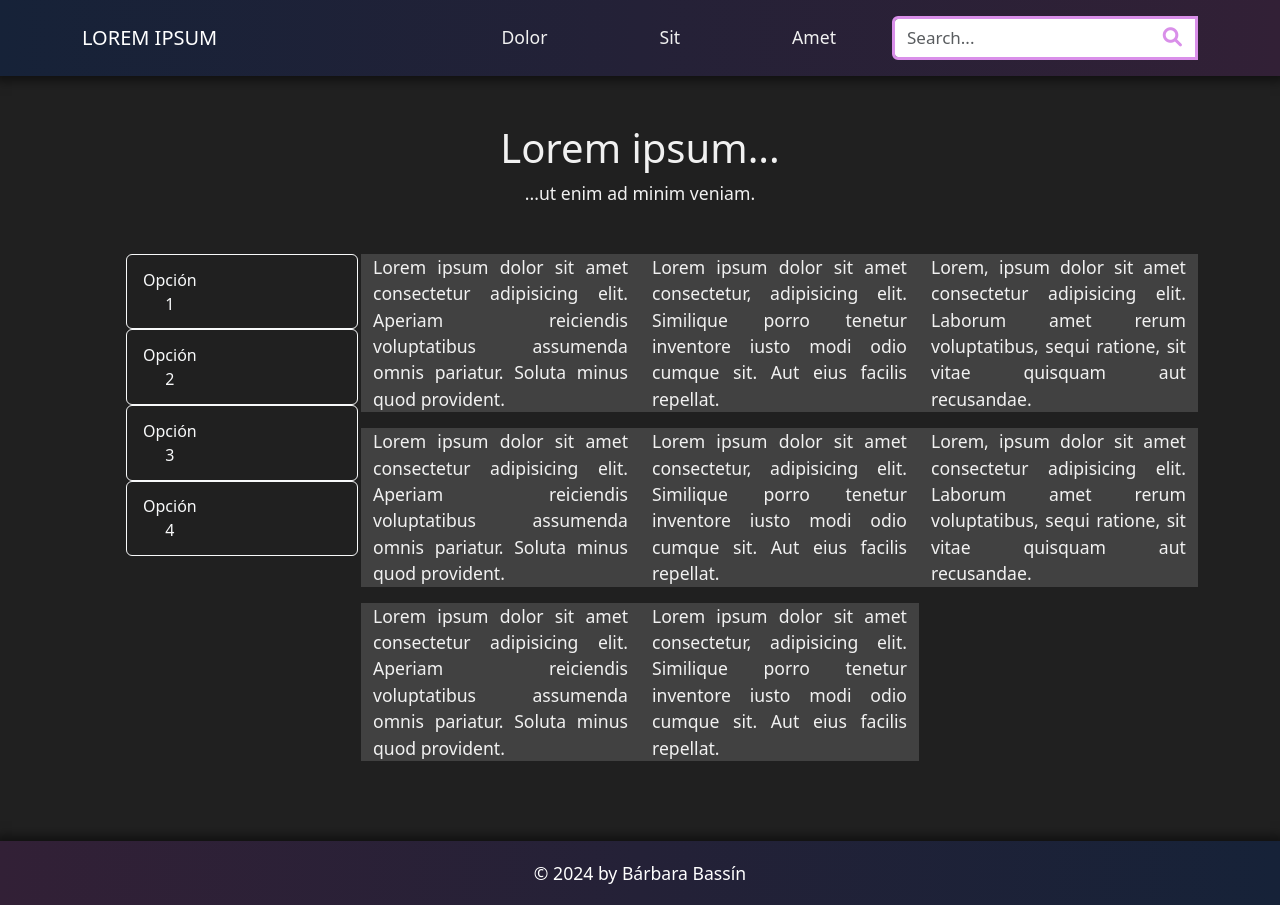
Repository: romancegirl/responsiveness
Page: index.html
These files come from the project's save history. The page is drawn as it stood at one moment and after the next save; the edit follows.
The browser window is 1280 px wide. The pictures show the whole page.

Above is the page before, as saved 2024-11-29 20:51:57.

### index.html
<!DOCTYPE html>
<html lang="en">

<head>
    <meta charset="UTF-8">
    <meta name="viewport" content="width=device-width, initial-scale=1.0">
    <title>Responsiveness - Bárbara Bassín</title>
    <link href="https://cdn.jsdelivr.net/npm/bootstrap@5.3.0/dist/css/bootstrap.min.css" rel="stylesheet">
    <link rel="stylesheet" href="https://cdnjs.cloudflare.com/ajax/libs/font-awesome/6.0.0-beta3/css/all.min.css">
    <link rel="stylesheet" href="css/header-and-footer.css">
    <link rel="stylesheet" href="css/styles.css">
</head>

<body>
    <!-- Header -->
    <header class="py-2">
        <div class="container d-flex align-items-center justify-content-between" id="profile">
            <h5 class="m-0">LOREM IPSUM</h5>
            <nav class="navbar navbar-expand-lg">
                <button class="navbar-toggler" type="button" data-bs-toggle="collapse" data-bs-target="#navbarNav"
                    aria-controls="navbarNav" aria-expanded="false" aria-label="Toggle navigation">
                    <i class="fas fa-bars"></i>
                </button>
                <div class="collapse navbar-collapse" id="navbarNav">
                    <ul class="navbar-nav">
                        <li class="nav-item"><a class="nav-link">Dolor</a></li>
                        <li class="nav-item"><a class="nav-link">Sit</a></li>
                        <li class="nav-item"><a class="nav-link">Amet</a></li>
                        <li>
                            <div class="search-container">
                                <form action="/action_page.php">
                                    <div class="input-group">
                                        <input type="text" class="form-control" placeholder="Search..." name="search">
                                        <button type="submit" class="btn">
                                            <i class="fa fa-search"></i>
                                        </button>
                                    </div>
                                </form>
                            </div>
                        </li>
                    </ul>

                </div>
            </nav>
        </div>
    </header>



    <!-- Main -->
    <main class="container my-5">
        <div>
            <h1>Lorem ipsum...</h1>
            <div id="textCarousel" class="carousel slide" data-bs-ride="carousel" data-bs-interval="2000">
                <div class="carousel-inner">
                    <div class="carousel-item active">
                        <p>...olor sit amet, consectetur adipiscing elit...</p>
                    </div>
                    <div class="carousel-item">
                        <p>...sed do eiusmod tempor incididunt ut labore...</p>
                    </div>
                    <div class="carousel-item">
                        <p>...ut enim ad minim veniam.</p>
                    </div>
                </div>
            </div>
        </div>



        <div class="container inside">
            <div class="row">
                <div class="col-3">
                    <ul>
                        <li><button type="button" class="btn btn-outline-light">Opción 1</button></li>
                        <li><button type="button" class="btn btn-outline-light">Opción 2</button></li>
                        <li><button type="button" class="btn btn-outline-light">Opción 3</button></li>
                        <li><button type="button" class="btn btn-outline-light">Opción 4</button></li>
                    </ul>
                </div>
                <div class="col-9">
                    <div class="row">
                        <div class="col-6 col-md-4 paragraph">
                            <div></div>Lorem ipsum dolor sit amet consectetur adipisicing elit.
                            Aperiam
                            reiciendis
                            voluptatibus assumenda omnis pariatur. Soluta minus quod provident.
                        </div>
                        <div class="col-6 col-md-4 paragraph">Lorem ipsum dolor sit amet consectetur, adipisicing elit.
                            Similique porro
                            tenetur inventore iusto modi odio cumque sit. Aut eius facilis repellat.</div>
                        <div class="col-6 col-md-4 paragraph">Lorem, ipsum dolor sit amet consectetur adipisicing elit.
                            Laborum
                            amet rerum
                            voluptatibus, sequi ratione, sit vitae quisquam aut recusandae.</div>
                        <div class="col-6 col-md-4 paragraph">Lorem ipsum dolor sit amet consectetur adipisicing elit.
                            Aperiam
                            reiciendis
                            voluptatibus assumenda omnis pariatur. Soluta minus quod provident.</div>
                        <div class="col-6 col-md-4 paragraph">Lorem ipsum dolor sit amet consectetur, adipisicing elit.
                            Similique porro
                            tenetur inventore iusto modi odio cumque sit. Aut eius facilis repellat.</div>
                        <div class="col-6 col-md-4 paragraph">Lorem, ipsum dolor sit amet consectetur adipisicing elit.
                            Laborum
                            amet rerum
                            voluptatibus, sequi ratione, sit vitae quisquam aut recusandae.</div>
                        <div class="col-6 col-md-4 paragraph">Lorem ipsum dolor sit amet consectetur adipisicing elit.
                            Aperiam
                            reiciendis
                            voluptatibus assumenda omnis pariatur. Soluta minus quod provident.</div>
                        <div class="col-6 col-md-4 paragraph">Lorem ipsum dolor sit amet consectetur, adipisicing elit.
                            Similique porro
                            tenetur inventore iusto modi odio cumque sit. Aut eius facilis repellat.</div>
                    </div>
                </div>

            </div>


        </div>



    </main>

    <!-- Footer -->
    <footer class="bg-dark text-center py-2">
        <div>&copy; 2024 by Bárbara Bassín</div>
    </footer>
    <script src="js/script.js"></script>
    <script src="https://cdn.jsdelivr.net/npm/bootstrap@5.3.0/dist/js/bootstrap.bundle.min.js"></script>
</body>

</html>

### css/header-and-footer.css
header {
    background: linear-gradient(to right, #162238, #322036);
    color: #fff;
    position: relative;
    box-shadow: 0 0 10px 5px rgba(0, 0, 0, 0.5);
}

main {
    min-height: 70vh;
    padding-bottom: 1rem;
    box-sizing: border-box;
}

a.nav-link {
    color: #f1f1f1;
}

a.nav-link:hover {
    color: #f6c7de;
    transition: color 0.3s, text-shadow 0.3s;
    transform: scale(1.05);
}

.search-container {
    display: flex;
    justify-content: center;
    align-items: center;
    position: relative;
}

.input-group .form-control {
    padding-right: 2.5rem;
    font-size: 17px;
    border: 0.2rem solid #d98fe9;
}

.input-group .btn {
    position: absolute;
    right: 1rem;
    top: 50%;
    transform: translateY(-50%);
    background-color: transparent;
    border: none;
    padding: 0;
    cursor: pointer;
}

.input-group .btn .fa-search {
    color: #d98fe9;
    font-size: 1.2rem;
}

.navbar-nav .nav-item {
    margin: 0 3rem 0 3rem;
}


/* navbar-toggle */

.navbar-toggler {
    border-color: #fff;
}

.navbar-toggler .fas {
    color: #fff;
    /* Cambia el color del ícono */
}

.navbar-collapse {
    justify-content: flex-end;
}

.navbar-toggler:hover {
    cursor: pointer;
}

.navbar-toggler:focus {
    outline: none;
    box-shadow: none;
}

@media (max-width: 995px) {

    .navbar-collapse {
        display: none;
        position: absolute;
        top: 119%;
        left: -190px;
        width: 100%;
        z-index: 999;
        flex-direction: column-reverse;
        align-items: center;
    }

    .navbar-collapse.show {
        display: flex;
    }

    .navbar {
        width: 60%;
    }

    .navbar-nav {
        background: linear-gradient(to right, #162238fd, #322036fd);
        color: #fff;
        padding: 1.5rem;
        border-radius: 0 0 50px 50px;
        font-weight: bold;
        text-align: center;
        box-shadow: 0 0 10px 5px rgba(0, 0, 0, 0.5);

    }

    .navbar-nav:hover {
        cursor: pointer;

    }

    a.nav-link:hover {
        color: #f6c7de;
        transition: color 0.3s, text-shadow 0.3s;
        transform: scale(1.05);
    }

    .navbar-nav .nav-item {
        margin: 10px 0;
    }

    .navbar a {
        float: none;
        display: block;
        text-align: center;
        width: 100%;
        margin: 0;
        padding: 0.5rem;
    }

    .navbar .search-container {
        float: none;
    }

    .navbar .search-container button {
        align-items: right;
    }

    .navbar input[type=text] {
        border-radius: 0.2rem;
        border: 0.2rem solid #d98fe9;
    }

}


@media (max-width: 768px) {

    .navbar-collapse {
        display: none;
        position: absolute;
        top: 119%;
        left: -140px;
        width: 100%;
        z-index: 999;
        flex-direction: column-reverse;
        align-items: center;
    }


}


footer {
    background: linear-gradient(to right, #322036, #162238);
    color: #fff;
    bottom: 0;
    min-height: 4rem;
    display: flex;
    justify-content: center;
    align-items: center;
    box-shadow: 0 0 10px 5px rgba(0, 0, 0, 0.5);
}

### css/styles.css
body {
    background-color: #202020;
    color: #f1f1f1;
    font-size: 110%;
}

/* Profile and resume */

.profile-photo {
    width: 250px;
    height: 250px;
    border: #a5c3ffcd;
    border-style: double;
    border-width: 5px;
    border-radius: 70px;
    display: flex;
    justify-content: center;
    align-items: center;
    overflow: hidden;
    /* Oculta cualquier parte de la imagen que se desborde */
    float: right;
}

/* titles */

h1 {
    text-align: center;
}

h2,
h3,
h4 {
    background: linear-gradient(#d98fe9, #5E91FA);
    -webkit-background-clip: text;
    background-clip: text;
    -webkit-text-fill-color: transparent;
}

h5 {
    margin: 0;
}

/* General */

#textCarousel {
    width: 40rem;
    margin: auto;
}

p {
    text-align: center;
}

.row {
    text-align: justify;
}

.paragraph {
margin-bottom: 1rem;
background-color: #414141;
}

.inside {
    margin-top: 2rem;
}

.btn-outline-light {
    padding: 0.8rem 10rem 0.8rem 1rem;
}

li {
    list-style: none;
}

/* Responsiveness */

.title-small,
.title-x-small {
    display: none;
}

@media screen and (max-width: 1400px) {

    .title-large,
    .title-x-small {
        display: none;
    }

    .title-small {
        display: block;
    }
}

@media screen and (max-width: 768px) {

    .title-large,
    .title-small {
        display: none;
    }

    .title-x-small {
        display: block;
        text-align: center;

    }

    #textCarousel {
        max-width: 90%; /* Usa un tamaño relativo en lugar de fijo */
    }
}

### js/script.js
document.addEventListener('click', function(event) {
    var navbar = document.querySelector('.navbar-collapse');
    var toggler = document.querySelector('.navbar-toggler');

    // Si el menú está abierto y se hace clic fuera de él, lo cierra
    if (navbar.classList.contains('show') && !navbar.contains(event.target) && !toggler.contains(event.target)) {
        var bsCollapse = new bootstrap.Collapse(navbar, {
            toggle: false
        });
        bsCollapse.hide();
    }
});

// Cerrar el menú automáticamente al hacer clic en cualquier enlace
var navLinks = document.querySelectorAll('.nav-link');
navLinks.forEach(function(link) {
    link.addEventListener('click', function() {
        var navbar = document.querySelector('.navbar-collapse');
        var bsCollapse = new bootstrap.Collapse(navbar, {
            toggle: false
        });
        bsCollapse.hide();
    });
});

After the next save:
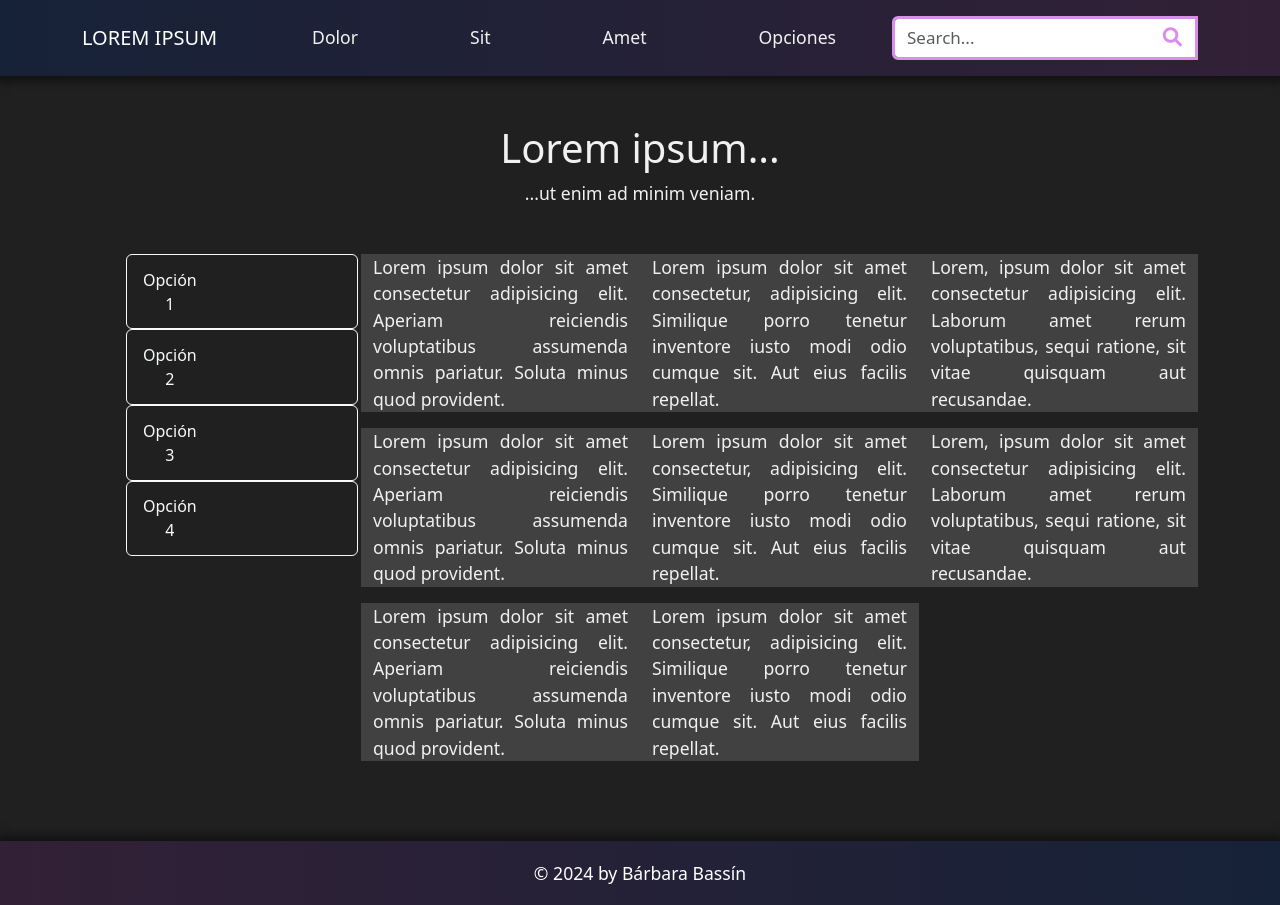
Saved 109 s later.
--- a/index.html
+++ b/index.html
@@ -26,6 +26,7 @@
                         <li class="nav-item"><a class="nav-link">Dolor</a></li>
                         <li class="nav-item"><a class="nav-link">Sit</a></li>
                         <li class="nav-item"><a class="nav-link">Amet</a></li>
+                        <li class="nav-item"><a class="nav-link">Opciones</a></li>
                         <li>
                             <div class="search-container">
                                 <form action="/action_page.php">
